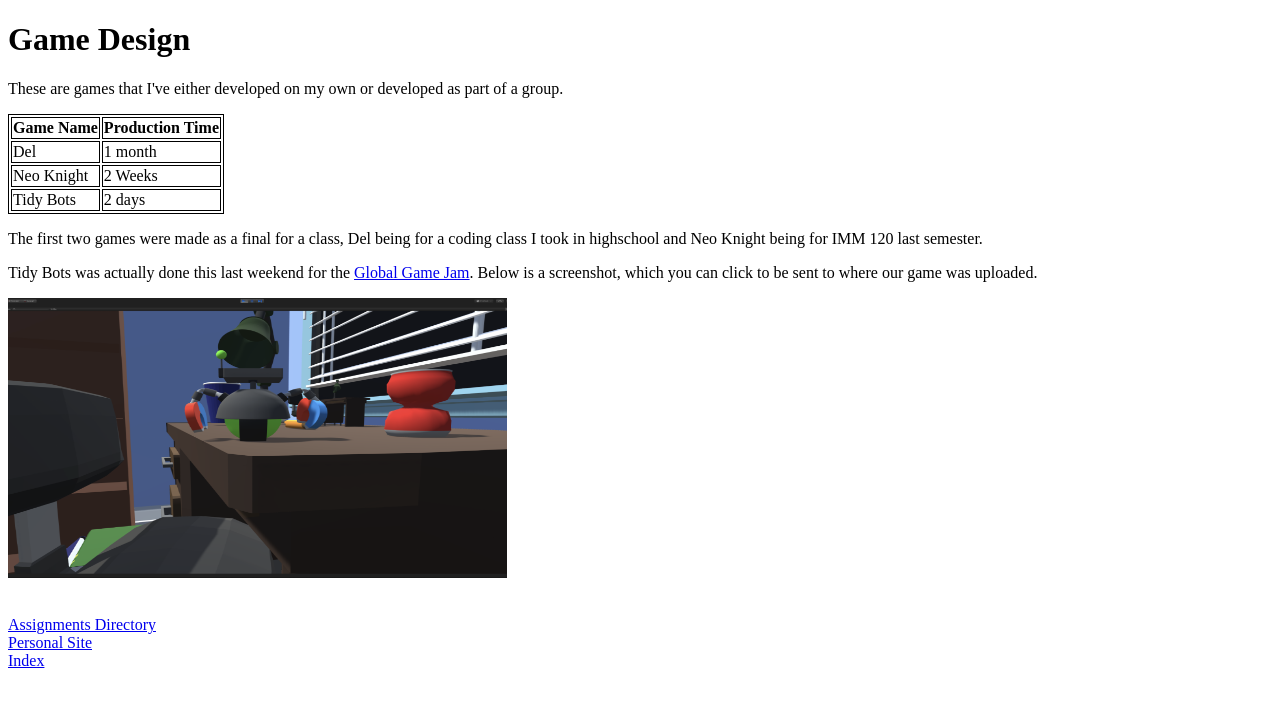
Repository: mclearc1/IMM-130-Files
Page: personal_site/original2.html
The author's editor kept a record of every edit. The page is drawn from the files as they stood at one moment, then again after the next edit.
The browser window is 1280 px wide. The pictures show the whole page.

Above is the page before.

After the next edit:
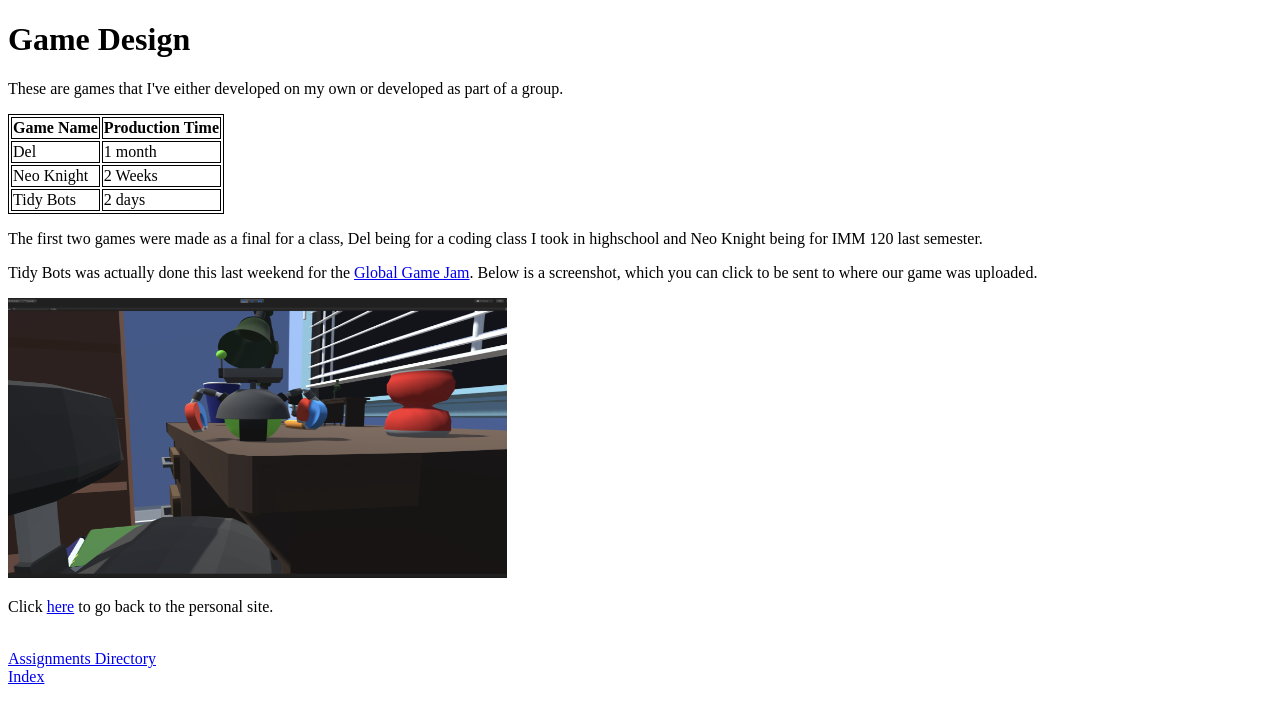
The edit:
--- a/personal_site/original2.html
+++ b/personal_site/original2.html
@@ -38,9 +38,8 @@
         <p>The first two games were made as a final for a class, Del being for a coding class I took in highschool and Neo Knight being for IMM 120 last semester.</p>
         <p>Tidy Bots was actually done this last weekend for the <a href="original1.html">Global Game Jam</a>. Below is a screenshot, which you can click to be sent to where our game was uploaded.</p>
         <a href="https://globalgamejam.org/2020/games/cleanerbots-7"><img src = "images/tidy bots.png" width="499" height="280"></a>
-        <p></p><br>
+        <p>Click <a href="original1.html">here</a> to go back to the personal site.</p></br>
         <a href="../assignments_directory/assignments.html">Assignments Directory</a><br>
-        <a href="original1.html">Personal Site</a><br>
         <a href="../index.html">Index</a><br>
     </body>
 </html>
